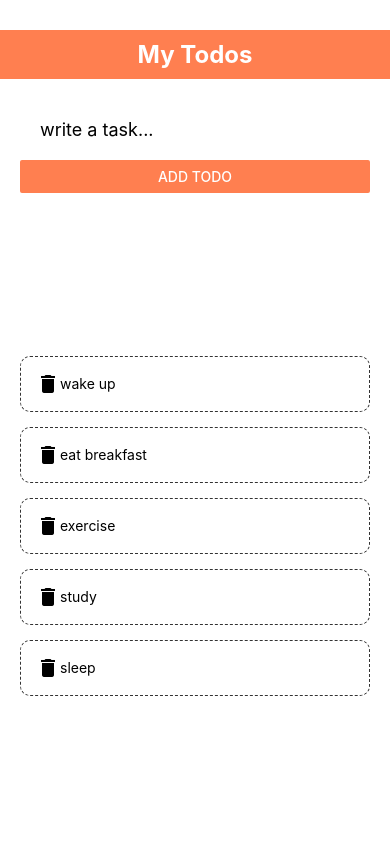
Repository: shiv0403/React-native-tutorial
Screen: /
An editor plug-in stored every save of this project. The screen is shown before and after the next save, followed by the edit.
The app was drawn by React Native's web renderer in a window 390 px wide. The project was rebuilt for these pictures with package versions that can differ from the ones it lists, and the page was loaded fresh each time. Also part of the build but not shown: components/Flex.js.

Above is the screen before, as saved 2021-02-11 15:17:21.

After the next save:
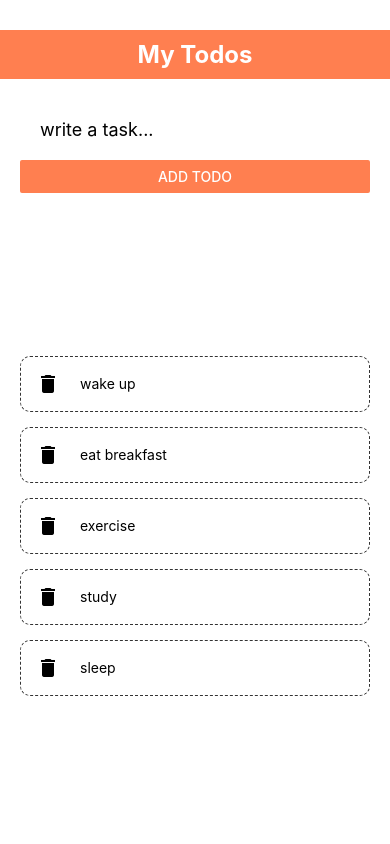
Saved 29 s later.
--- a/components/TodoItem.js
+++ b/components/TodoItem.js
@@ -7,7 +7,7 @@ export default function TodoItem({ item, handleDelete }) {
     <TouchableOpacity onPress={() => handleDelete(item.key)}>
       <View style={styles.item}>
         <MaterialIcons name="delete" size={24} color="black" />
-        <Text>{item.text}</Text>
+        <Text style={styles.item_text}>{item.text}</Text>
       </View>
     </TouchableOpacity>
   );
@@ -25,4 +25,7 @@ const styles = StyleSheet.create({
     alignItems: "center",
     flexDirection: "row",
   },
+  item_text: {
+    marginLeft: 20,
+  },
 });
